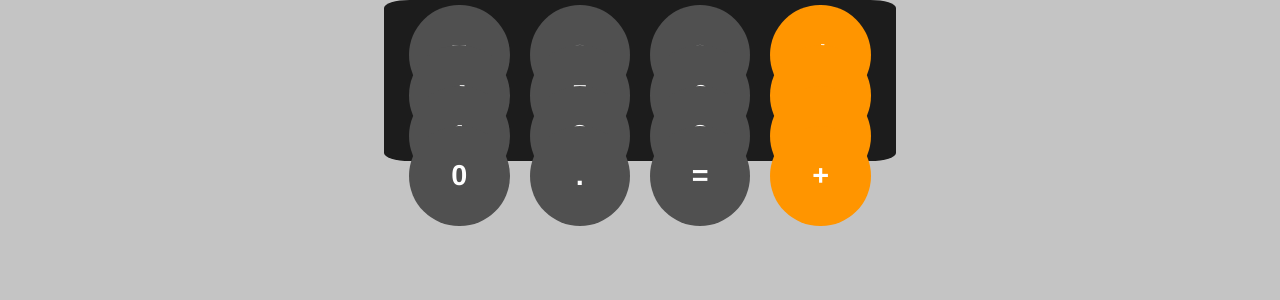
Repository: raulpenate/Calculadora-VUE3
Page: /
An editor plug-in stored every save of this project. The page is shown before and after the next save, followed by the edit.
The browser window is 1280 px wide. The pictures show the whole page.
The project was rebuilt for these pictures with package versions that can differ from the ones it lists, and the page was loaded fresh each time. Also part of the build but not shown: src/components/HelloWorld.vue.

Above is the page before, as saved 2022-03-11 09:04:15.

After the next save:
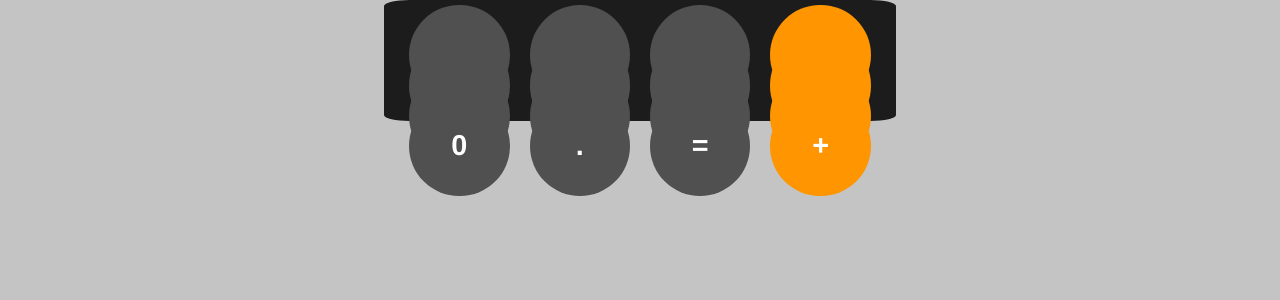
Saved 4 min 11 s later.
--- a/src/components/Calculator.vue
+++ b/src/components/Calculator.vue
@@ -63,8 +63,8 @@ body{
 .boton{
     background: #505050;
     color: #FFFFFF;
-    width: 30px;
-    height: 30px;
+    width: 20px;
+    height: 20px;
     position: relative;
     font-size: 4vh;
     padding: 10%;
